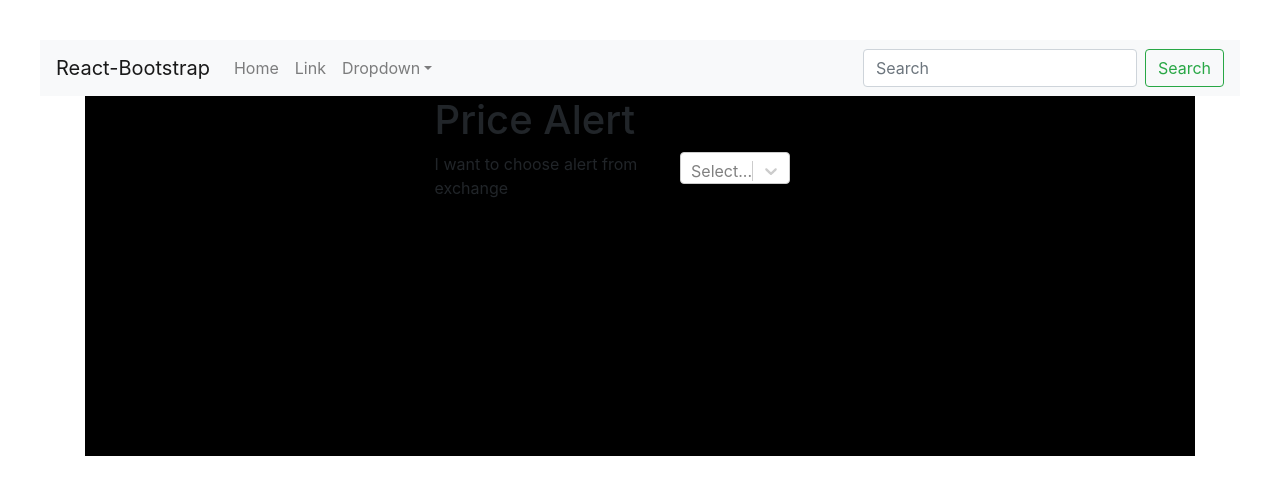
Repository: flychicken123/PriceAlertFront
Page: /
An editor plug-in stored every save of this project. The page is shown before and after the next save, followed by the edit.
The browser window is 1280 px wide. The pictures show the whole page.
The page's requests for data from a server got no answer. The project was rebuilt for these pictures with package versions that can differ from the ones it lists, and the page was loaded fresh each time. No one was signed in, and anything a server would have sent is missing. Also part of the build but not shown: src/App.css.

Above is the page before, as saved 2021-03-07 10:26:01.

### public/index.html
<!DOCTYPE html>
<html lang="en">
  <head>
    <meta charset="utf-8" />
    <link rel="icon" href="%PUBLIC_URL%/favicon.ico" />
    <meta name="viewport" content="width=device-width, initial-scale=1" />
    <meta name="theme-color" content="#000000" />
    <meta
      name="description"
      content="Web site created using create-react-app"
    />
    <link rel="apple-touch-icon" href="%PUBLIC_URL%/logo192.png" />
    <!--
      manifest.json provides metadata used when your web app is installed on a
      user's mobile device or desktop. See https://developers.google.com/web/fundamentals/web-app-manifest/
    -->
    <link rel="manifest" href="%PUBLIC_URL%/manifest.json" />
    <link
  rel="stylesheet"
  href="https://cdn.jsdelivr.net/npm/bootstrap@4.6.0/dist/css/bootstrap.min.css"
  integrity="sha384-B0vP5xmATw1+K9KRQjQERJvTumQW0nPEzvF6L/Z6nronJ3oUOFUFpCjEUQouq2+l"
  crossorigin="anonymous"
/>
<link rel="stylesheet" href="https://fonts.googleapis.com/css?family=Roboto:300,400,500,700&display=swap" />

    <!--
      Notice the use of %PUBLIC_URL% in the tags above.
      It will be replaced with the URL of the `public` folder during the build.
      Only files inside the `public` folder can be referenced from the HTML.

      Unlike "/favicon.ico" or "favicon.ico", "%PUBLIC_URL%/favicon.ico" will
      work correctly both with client-side routing and a non-root public URL.
      Learn how to configure a non-root public URL by running `npm run build`.
    -->
    <title>React App</title>
  </head>
  <body>
    <noscript>You need to enable JavaScript to run this app.</noscript>
    <div id="root"></div>
    <!--
      This HTML file is a template.
      If you open it directly in the browser, you will see an empty page.

      You can add webfonts, meta tags, or analytics to this file.
      The build step will place the bundled scripts into the <body> tag.

      To begin the development, run `npm start` or `yarn start`.
      To create a production bundle, use `npm run build` or `yarn build`.
    -->
  </body>
</html>

### src/App.js
import logo from './logo.svg';
import './App.css';
import { BrowserRouter as Router, Switch, Route } from 'react-router-dom';
import TopNavbar from './components/TopNavbar';
import Home from './components/Home.jsx';
const App = () => {
  return (
    <Router>
      <TopNavbar />
      <Switch>
        <Route path='/' component={Home} />
      </Switch>
    </Router>
  )
}

export default App;

### src/components/TopNavbar.jsx
import React, { Component } from 'react';
import { Button, Navbar, Nav, NavDropdown, Form, FormControl } from "react-bootstrap";
const TopNavbar = () => {
    return (
        <div>
            <Navbar bg="light" expand="lg">
                <Navbar.Brand href="#home">React-Bootstrap</Navbar.Brand>
                <Navbar.Toggle aria-controls="basic-navbar-nav" />
                <Navbar.Collapse id="basic-navbar-nav">
                    <Nav className="mr-auto">
                        <Nav.Link href="#home">Home</Nav.Link>
                        <Nav.Link href="#link">Link</Nav.Link>
                        <NavDropdown title="Dropdown" id="basic-nav-dropdown">
                            <NavDropdown.Item href="#action/3.1">Action</NavDropdown.Item>
                            <NavDropdown.Item href="#action/3.2">Another action</NavDropdown.Item>
                            <NavDropdown.Item href="#action/3.3">Something</NavDropdown.Item>
                            <NavDropdown.Divider />
                            <NavDropdown.Item href="#action/3.4">Separated link</NavDropdown.Item>
                        </NavDropdown>
                    </Nav>
                    <Form inline>
                        <FormControl type="text" placeholder="Search" className="mr-sm-2" />
                        <Button variant="outline-success">Search</Button>
                    </Form>
                </Navbar.Collapse>
            </Navbar>
        </div>
    )
};
export default TopNavbar

### src/components/Home.jsx
import React, { useState, Component, Select, useEffect, useCallback } from 'react';
import AsyncSelect from 'react-select/async';
import { Form, Container, Col } from 'react-bootstrap';
import '../css/Home.css';
export default function Home(props) {
    const [coinTypes, setCoinTypes] = useState([]);
    const [selectedOption, setSelectedOption] = useState(props ? props.match?.params?.template_id : null);
    const customStyles = {
        control: base => ({
            ...base,
            height: 32,
            minHeight: 30,
            width: 110,
            padding: 0
        })
    };


    // const coinOptions = (f) => {
    //     return [{ name: "- select -", id: "" }, ...coinTypes].map((coinType) => {
    //         return {
    //             label: coinType.name,
    //             value: coinType.id
    //         }
    //     })
    // };
    const handleCoinChange = useCallback((coin_id) => {
        setSelectedOption(coin_id);
        console.log(coin_id.name);
    }, []);
    const fetchCoinList = () => {
        return fetch(`https://6043fea2a20ace001728e9b7.mockapi.io/api/v1/coinlist/coinlist`).then(res => res.json());
    }


    return (

        < div className='mainControl' >
            <Container fluid="md">

                <div style={{ display: 'flex', justifyContent: 'center', height: '50vh', backgroundColor: 'black', width: '200' }}>

                    <Form>
                        <h1>Price Alert</h1>
                        <Form.Row>

                            <Col xs={7}>
                                I want to choose alert from exchange
                            </Col>
                            <Col>
                                <AsyncSelect
                                    cacheOptions
                                    defaultOptions
                                    onChange={handleCoinChange}
                                    value={selectedOption}
                                    loadOptions={fetchCoinList}
                                    getOptionValue={option => option.id}
                                    getOptionLabel={option => option.name}
                                    styles={customStyles}
                                />
                            </Col>
                            <Col></Col>
                        </Form.Row>

                    </Form>

                </div>
            </Container>
        </div >
    )
}

### src/css/Home.css
body {
    background-color: #282c34;
    color: white;
    padding: 40px;
    font-family: Arial;
    text-align: center;
  }

Loaded but not shown: src/index.js (common file); src/index.css (common file); src/reportWebVitals.js (common file)

After the next save:
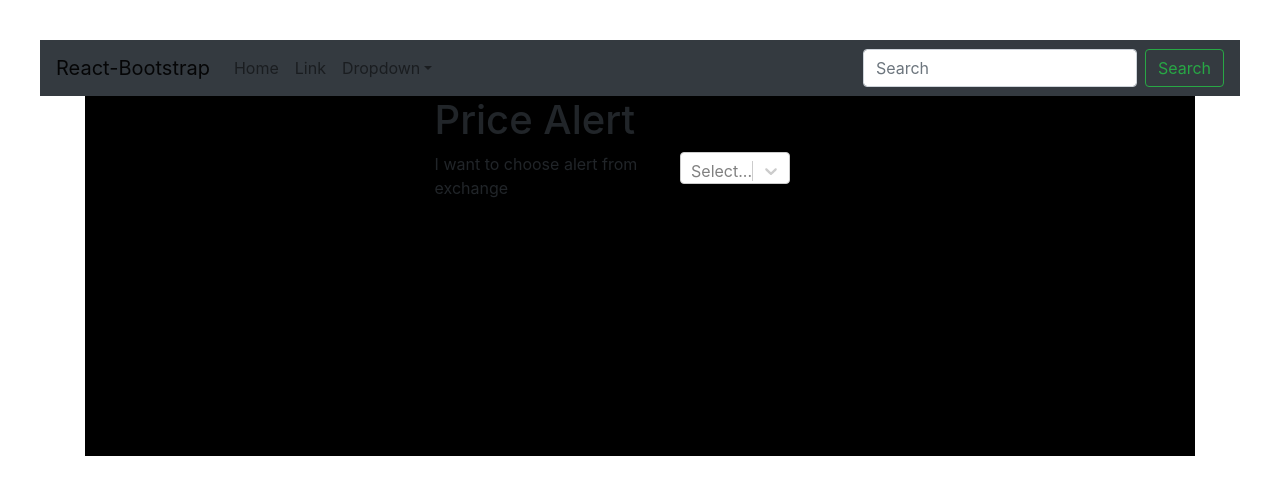
Saved 3 min 17 s later.
--- a/src/components/TopNavbar.jsx
+++ b/src/components/TopNavbar.jsx
@@ -3,7 +3,7 @@
 const TopNavbar = () => {
     return (
         <div>
-            <Navbar bg="light" expand="lg">
+            <Navbar bg="dark" expand="lg">
                 <Navbar.Brand href="#home">React-Bootstrap</Navbar.Brand>
                 <Navbar.Toggle aria-controls="basic-navbar-nav" />
                 <Navbar.Collapse id="basic-navbar-nav">

After the 3 saves that followed:
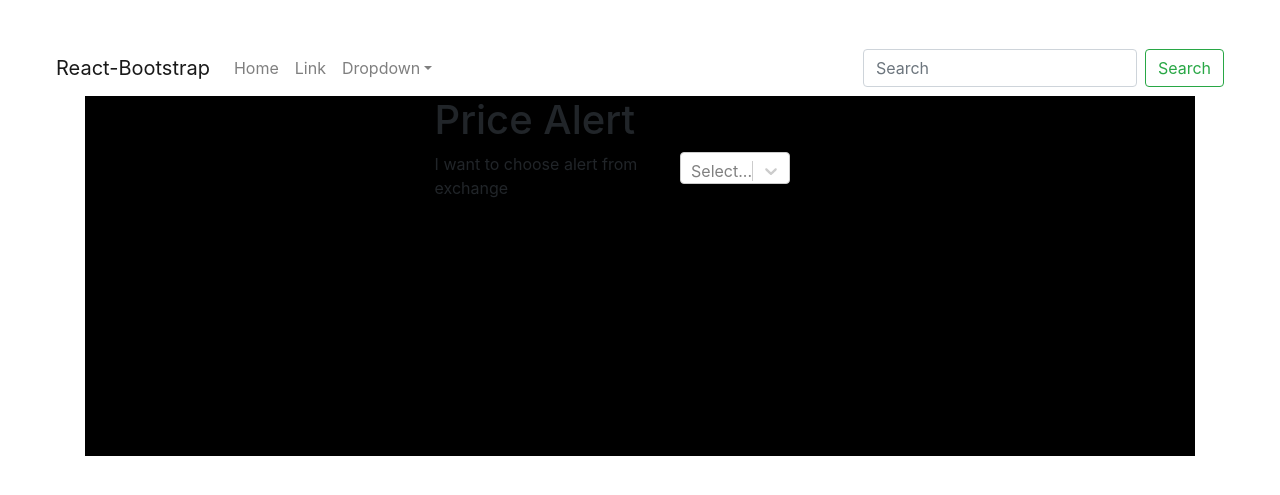
The 3 saves are shown as one change because 2 left the picture as it was.
The last was saved 47 s later.
--- a/src/components/TopNavbar.jsx
+++ b/src/components/TopNavbar.jsx
@@ -3,7 +3,7 @@
 const TopNavbar = () => {
     return (
         <div>
-            <Navbar bg="dark" expand="lg">
+            <Navbar bg="#282c34" expand="lg">
                 <Navbar.Brand href="#home">React-Bootstrap</Navbar.Brand>
                 <Navbar.Toggle aria-controls="basic-navbar-nav" />
                 <Navbar.Collapse id="basic-navbar-nav">
